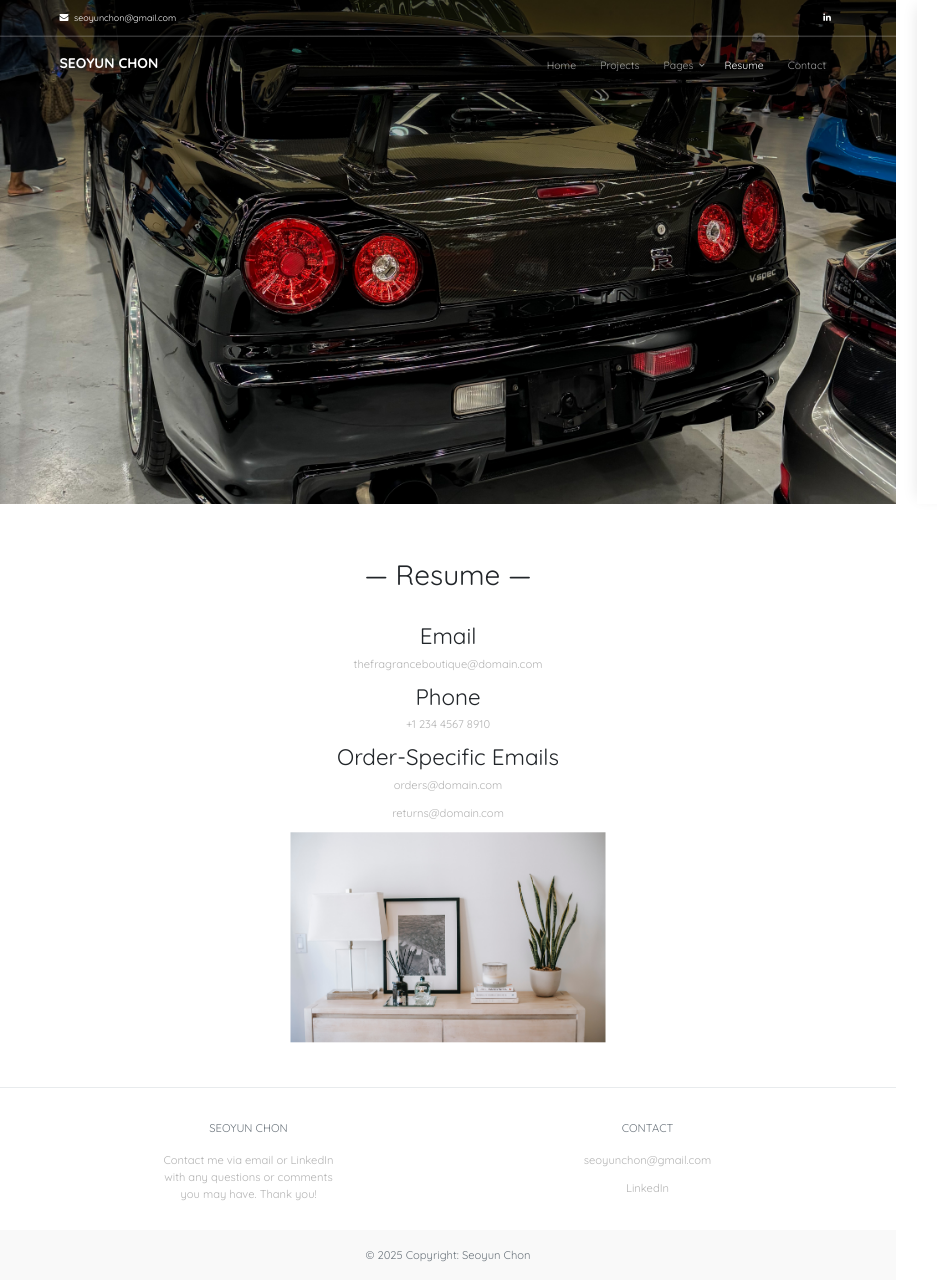
Repository: schon02/seoyun-chon-portfolio
Page: resume_page.html
These files come from the project's save history. The page is drawn as it stood at one moment and after the next save; the edit follows.
The browser window is 1280 px wide. The page is 1338 px wide, so the pictures cover 1338 px, including what lies to the right of the window. The pictures show the whole page, at 70% of full size.

Above is the page before, as saved 2025-01-08 20:07:21.

### resume_page.html
<!DOCTYPE html>
<html>
    <head>
        <!-- <link href="style.css" rel="stylesheet" /> -->
        <!-- Required meta tags -->
        <meta charset="utf-8">
        <meta name="viewport" content="width=device-width, initial-scale=1, shrink-to-fit=no">

        <link href="https://fonts.googleapis.com/css?family=Quicksand:400,600,700&display=swap" rel="stylesheet">

        <link rel="stylesheet" href="fonts/icomoon/style.css">

        <link rel="stylesheet" href="css/owl.carousel.min.css">

        <!-- Bootstrap CSS -->
        <link rel="stylesheet" href="css/bootstrap.min.css">

        <!-- Style -->
        <link rel="stylesheet" href="css/style.css">

        <title>Resume</title>
    </head>

    <body>
        <!-- <header>
            <nav>
                <ul>
                    <li><a href="index.html">Home</a></li>
                    <li><a href="services_page.html">Services</a></li>
                    <li><a class="active" href="contact_page.html">Contact</a></li>
                </ul>
            </nav>
        </header> -->


        <div class="site-mobile-menu site-navbar-target">
            <div class="site-mobile-menu-header">
              <div class="site-mobile-menu-close mt-3">
                <span class="icon-close2 js-menu-toggle"></span>
              </div>
            </div>
            <div class="site-mobile-menu-body"></div>
          </div> <!-- .site-mobile-menu -->

        <div class="site-navbar-wrap">
            <div class="site-navbar-top">
              <div class="container py-3">
                <div class="row align-items-center">
                  <div class="col-6">
                    <div class="d-flex mr-auto">
                      <a href="#" class="d-flex align-items-center mr-4">
                        <span class="icon-envelope mr-2"></span>
                        <span class="d-none d-md-inline-block">seoyunchon@gmail.com</span>
                      </a>
                      <!-- <a href="#" class="d-flex align-items-center mr-auto">
                        <span class="icon-phone mr-2"></span>
                        <span class="d-none d-md-inline-block">+1 234 4567 8910</span>
                      </a> -->
                    </div>
                  </div>
                  <div class="col-6 text-right">
                    <div class="mr-auto">
                      <!-- <a href="#" class="p-2 pl-0"><span class="icon-twitter"></span></a> -->
                      <!-- <a href="#" class="p-2 pl-0"><span class="icon-facebook"></span></a> -->
                      <a href="https://www.linkedin.com/in/seoyun-chon/" class="p-2 pl-0"><span class="icon-linkedin"></span></a>
                      <!-- <a href="#" class="p-2 pl-0"><span class="icon-instagram"></span></a> -->
                    </div>

                  </div>
                </div>
              </div>
            </div>

            <div class="site-navbar site-navbar-target js-sticky-header">
              <div class="container">
                <div class="row align-items-center">
                  <div class="col-2">
                    <h1 class="my-0 site-logo"><a href="index.html">Seoyun&nbsp;Chon</a></h1>
                  </div>
                  <div class="col-10">
                    <nav class="site-navigation text-right" role="navigation">
                      <div class="container">
                        <div class="d-inline-block d-lg-none ml-md-0 mr-auto py-3"><a href="#" class="site-menu-toggle js-menu-toggle text-white"><span class="icon-menu h3"></span></a></div>

                        <ul class="site-menu main-menu js-clone-nav d-none d-lg-block">
                          <li><a href="index.html" class="nav-link">Home</a></li>
                          <li><a href="projects_page.html" class="nav-link">Projects</a></li>
                          <li class="has-children">
                            <a href="#" class="nav-link">Pages</a>
                            <ul class="dropdown arrow-top">
                              <li><a href="#" class="nav-link">Team</a></li>
                              <li><a href="#" class="nav-link">Pricing</a></li>
                              <li><a href="#" class="nav-link">FAQ</a></li>
                              <li class="has-children">
                                <a href="#">More Links</a>
                                <ul class="dropdown">
                                  <li><a href="#">Menu One</a></li>
                                  <li><a href="#">Menu Two</a></li>
                                  <li><a href="#">Menu Three</a></li>
                                </ul>
                              </li>
                            </ul>
                          </li>
                          <!-- <li><a href="#about-section" class="nav-link">About</a></li> -->
                          <li class="active"><a href="resume_page.html" class="active">Resume</a></li>
                          <!-- <li><a href="#gallery-section" class="nav-link">Gallery</a></li> -->
                          <li><a href="contact_page.html" class="nav-link">Contact</a></li>
                        </ul>
                      </div>
                    </nav>
                  </div>
                </div>
              </div>
            </div>
          </div>

          <div class="hero" style="background-image: url('images/gtr2.jpg');"></div>

        <!-- <div class="contactImage">
            <div class="welcomeText">
                <h1>Contact</h1>
            </div>
        </div> -->

        <div class="text-center" style="padding-top: 2cm;">
            <h1>— Resume —</h1>
            <h2 style="padding-top: 1cm;">Email</h2>
            <p>thefragranceboutique@domain.com</p>
            <h2>Phone</h2>
            <p>+1 234 4567 8910</p>
            <h2>Order-Specific Emails</h2>
            <p>orders@domain.com</p>
            <p>returns@domain.com</p>
            <p><img src="images/white-livingroom-contact.jpg"
                 style="width:450px;"></p>
        </div>

    <script src="js/jquery-3.3.1.min.js"></script>
    <script src="js/popper.min.js"></script>
    <script src="js/bootstrap.min.js"></script>
    <script src="js/jquery.sticky.js"></script>
    <script src="js/main.js"></script>

    </body>

<!-- Footer -->
<footer class="text-center text-lg-start bg-white text-muted">

  <section class="d-flex justify-content-center justify-content-lg-between p-4 border-bottom">
  </section>

  <!-- Section: Links  -->
  <section class="">
    <div class="container text-center text-md-start mt-5">
      <!-- Grid row -->
      <div class="row mt-3">
        <!-- Grid column -->
        <div class="col-md-3 col-lg-4 col-xl-3 mx-auto mb-4">
          <!-- Content -->
          <h6 class="text-uppercase fw-bold mb-4">
            <i class="fas fa-gem me-3 text-secondary"></i>Seoyun Chon
          </h6>
          <p>
            Contact me via email or LinkedIn with any questions or comments you may have. Thank you!
          </p>
        </div>
        <!-- Grid column -->

        <!-- Grid column -->
        <div class="col-md-4 col-lg-3 col-xl-3 mx-auto mb-md-0 mb-4">
          <!-- Links -->
          <h6 class="text-uppercase fw-bold mb-4">Contact</h6>
          <p><i class="fas fa-home me-3 text-secondary"></i> seoyunchon@gmail.com</p>
          <p>
            <i class="fas fa-envelope me-3 text-secondary"></i>
            <a href="https://www.linkedin.com/in/seoyun-chon/" class="text-reset"> LinkedIn </a>
          </p>
        </div>
        <!-- Grid column -->
      </div>
      <!-- Grid row -->
    </div>
  </section>
  <!-- Section: Links  -->

  <!-- Copyright -->
  <div class="text-center p-4" style="background-color: rgba(0, 0, 0, 0.025);">
    © 2025 Copyright:
    <a class="text-reset fw-bold" href="https://mdbootstrap.com/">Seoyun Chon</a>
  </div>
  <!-- Copyright -->
</footer>
<!-- Footer -->


</html>

Loaded but not shown: fonts/icomoon/style.css (common file); css/owl.carousel.min.css (library); css/bootstrap.min.css (library); js/jquery-3.3.1.min.js (library); js/popper.min.js (library); js/bootstrap.min.js (library); js/jquery.sticky.js (library); js/main.js (87 lines, source omitted); css/style.css (448 lines, source omitted)

After the next save:
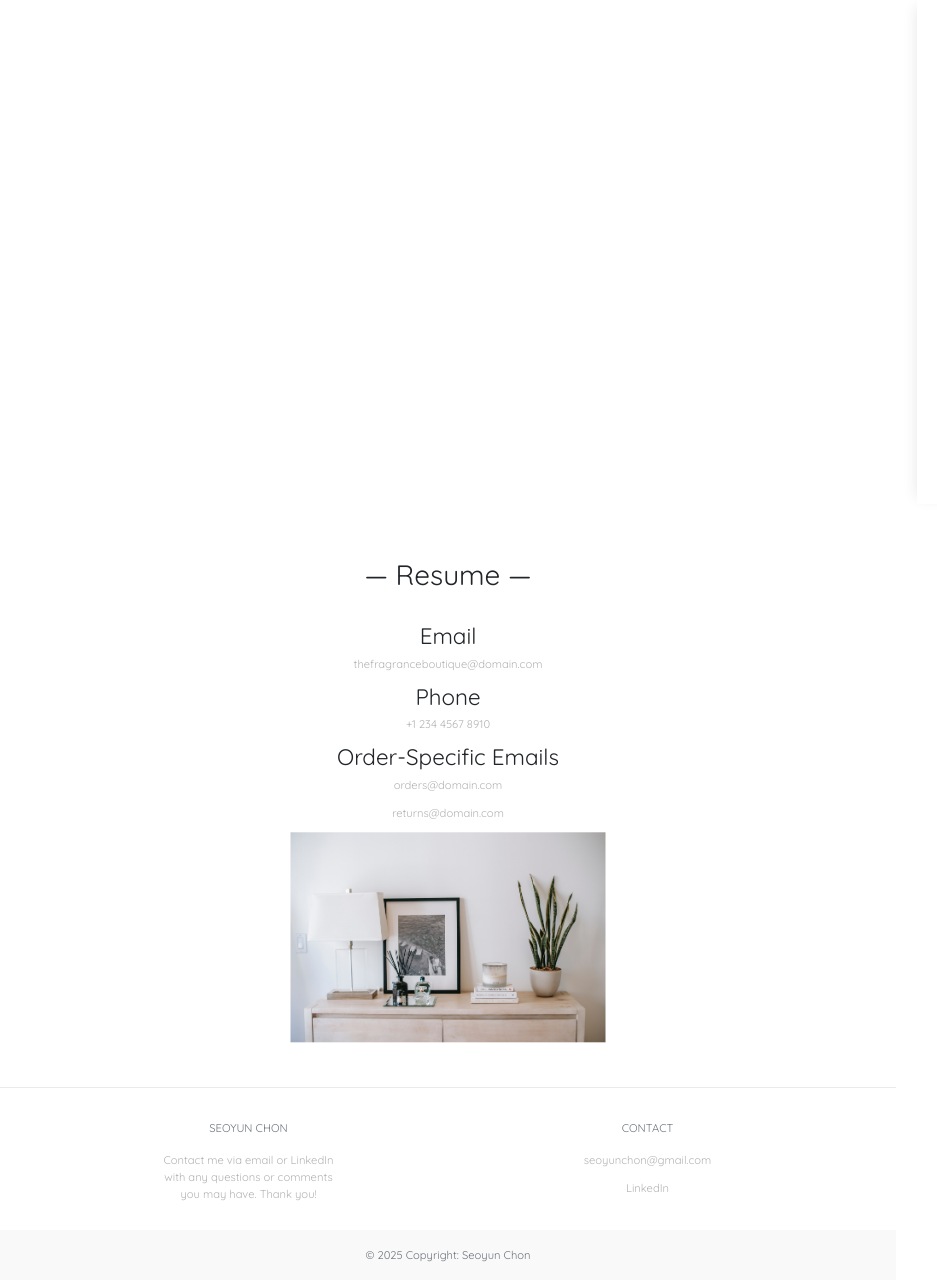
Not found: images/rx7.jpg
Saved 6 min 3 s later.
--- a/resume_page.html
+++ b/resume_page.html
@@ -114,7 +114,7 @@
             </div>
           </div>
 
-          <div class="hero" style="background-image: url('images/gtr2.jpg');"></div>
+          <div class="hero" style="background-image: url('images/rx7.jpg');"></div>
 
         <!-- <div class="contactImage">
             <div class="welcomeText">

After the save that followed:
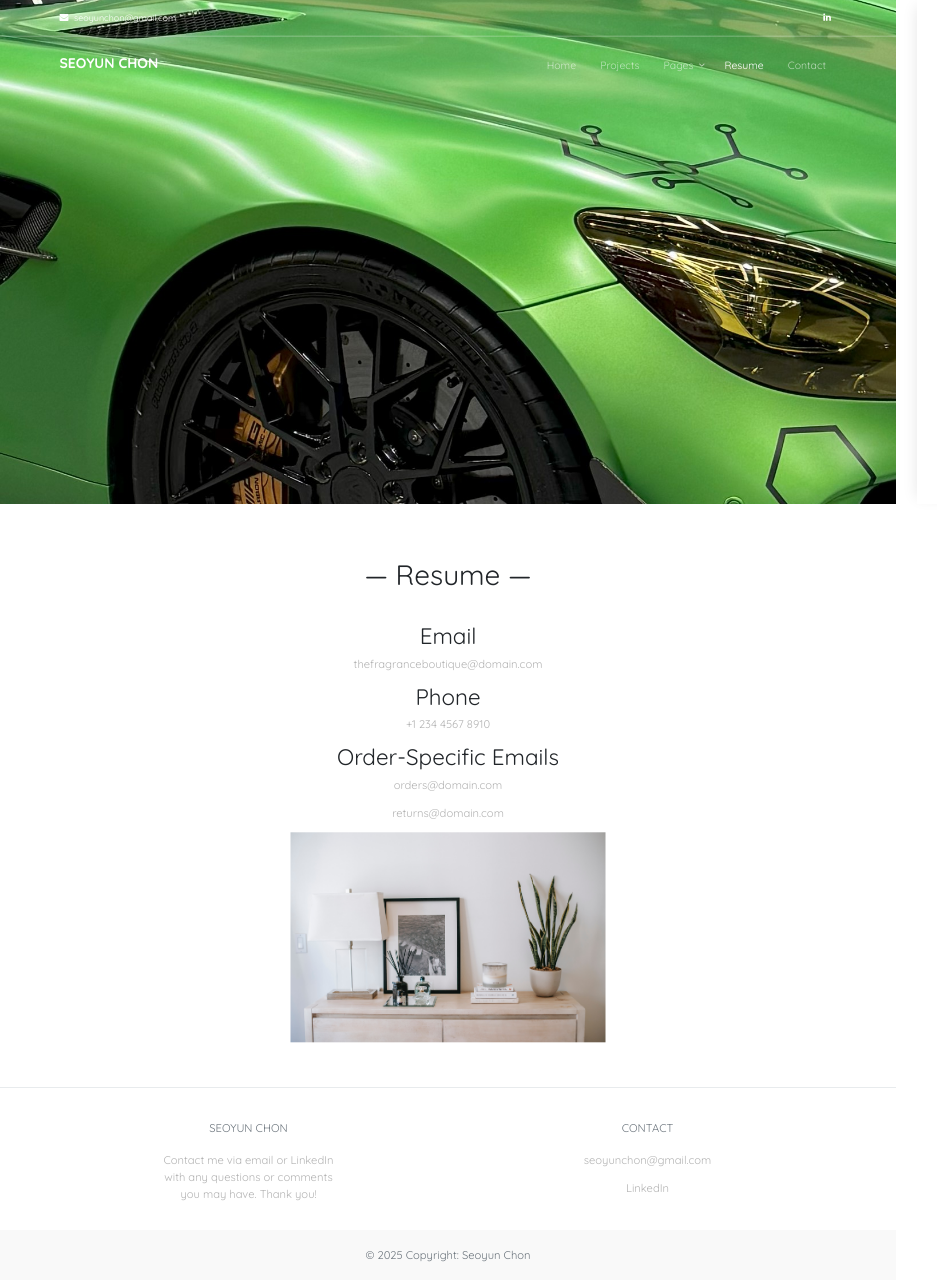
Saved 4 min 56 s later.
--- a/resume_page.html
+++ b/resume_page.html
@@ -114,7 +114,7 @@
             </div>
           </div>
 
-          <div class="hero" style="background-image: url('images/rx7.jpg');"></div>
+          <div class="hero" style="background-image: url('images/amg-gtr-front.jpg');"></div>
 
         <!-- <div class="contactImage">
             <div class="welcomeText">
